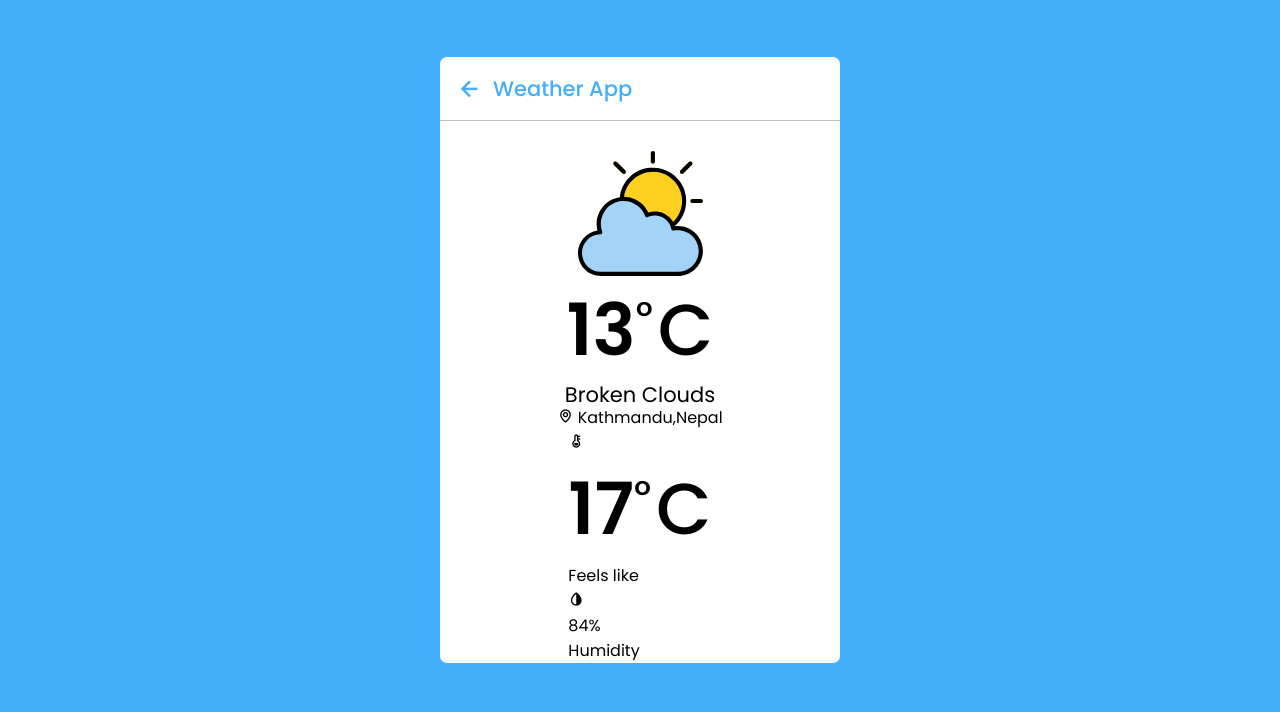
Repository: long13820/Weather-App-HTML-CSS-Javascript
Page: index.html
These files come from the project's save history. The page is drawn as it stood at one moment and after the next save; the edit follows.
The browser window is 1280 px wide. The pictures show the whole page.

Above is the page before, as saved 2021-09-02 11:28:38.

### index.html
<!DOCTYPE html>
<html lang="en">
<head>
    <meta charset="UTF-8">
    <meta http-equiv="X-UA-Compatible" content="IE=edge">
    <meta name="viewport" content="width=device-width, initial-scale=1.0">
    <title>Weather App</title>
    <link rel="stylesheet" href="style.css">

    <!--Linking Boxicon For Icon-->
    <link rel="stylesheet" href='https://unpkg.com/boxicons@2.0.9/css/boxicons.min.css' >


</head>
<body>
    <div class="wrapper">
        <header>
            <i class="bx bx-left-arrow-alt"></i>
            Weather App
        </header>
        <section class="input-part">
            <p class="info-txt pending">Please enter a valid city name</p>
            <input type="text" placeholder="Enter city name" spellcheck="false" required>
            <div class="separator"></div>
            <button>Get Device Location</button>
        </section>
        <section class="weather-part">
            <img src="/Weather Icons/cloud.svg" alt="Weather Icon">
            <div class="temp">
                <span class="numb">13</span>
                <span class="deg">°</span>C
            </div>
            <div class="weather">Broken Clouds</div>
            <div class="location">
                <i class="bx bx-map"></i>
                <span>Kathmandu,Nepal</span>
            </div>
            <div class="bottom-details">
                <div class="column feels">
                    <i class="bx bxs-thermometer"></i>
                    <div class="details">
                        <div class="temp">
                            <span class="numb">17</span>
                            <span class="deg">°</span>C
                        </div>
                        <p>Feels like</p>
                    </div>
                </div>
                <div class="column humidity">
                    <i class="bx bxs-droplet-half"></i>
                    <div class="details">
                        <span class="numb">84%</span>
                        <p>Humidity</p>
                    </div>
                </div>
            </div>
        </section>
    </div>
</body>
</html>

### style.css
/*Import Google Font - Poppins*/
@import url('https://fonts.googleapis.com/css2?family=Poppins:wght@400;500;600;700&display=swap');
*{
    margin: 0;
    padding: 0;
    box-sizing: border-box;
    font-family: 'Poppins', sans-serif;
}
body{
    display: flex;
    align-items: center;
    justify-content: center;
    min-height: 100vh;
    background: #43AFFC;
}
.wrapper{
    width: 400px;
    border-radius: 7px;
    background: white;
}
.wrapper header{
    color: #43AFFC;
    font-size: 21px;
    font-weight: 500;
    padding: 16px 15px;
    display: flex;
    align-items: center;
    border-bottom: 1px solid #bfbfbf;

}
header i{
    cursor: pointer;
    font-size: 30px;
    margin-right: 8px;
}
.wrapper .input-part{
    display: none;
    margin: 20px 25px 30px;
}
.input-part .info-txt{
    display: none;
    font-size: 17px;
    text-align: center;
    padding: 12px 7px;
    border-radius: 7px;
    margin-bottom: 15px;
}
.info-txt.error{
    display: block;
    color: #721c24;
    background: #f8d7da;
    border: 1px solid #f5c6cb;
}
.info-txt.pending{
    display: block;
    color: #0c5460;
    background: #d1ecf1;
    border: 1px solid #bee5eb;
}
.input-part :where(input, button){
    width: 100%;
    height: 55px;
    border: none;
    outline: none;
    font-size: 18px;
    border-radius: 7px;
}
.input-part input{
    text-align: center;
    border: 1px solid #bfbfbf;
}
.input-part input:is(:focus,:valid){

}
.input-part .separator{
    height: 1px;
    width: 100%;
    margin: 25px 0px;
    background: #ccc;
    display: flex;
    align-items: center;
    justify-content: center;
}
.separator::before{
    content: "or";
    background-color: white;
    font-size: 19px;
    padding: 0px 15px;
    background: #fff;
}
.input-part button{
    color: white;
    cursor: pointer;
    background: #43AFFC;
}

.wrapper .weather-part{
    margin: 30px 0 0;
    display: flex;
    align-items: center;
    justify-content: center;
    flex-direction: column;
}
.weather-part img{
    max-width: 125px;
}
.weather-part .temp{
    display: flex;
    font-size: 72px;
    font-weight: 500;
}
.weather-part .temp .numb{
    font-weight: 600;
}
.weather-part .temp .deg{
    font-size: 40px;
    margin: 10px 5px 0 0;
    display: block;
}
.weather-part .weather{
    font-size: 21px;
    text-align: center;
    margin: -5px ;
}

After the next save:
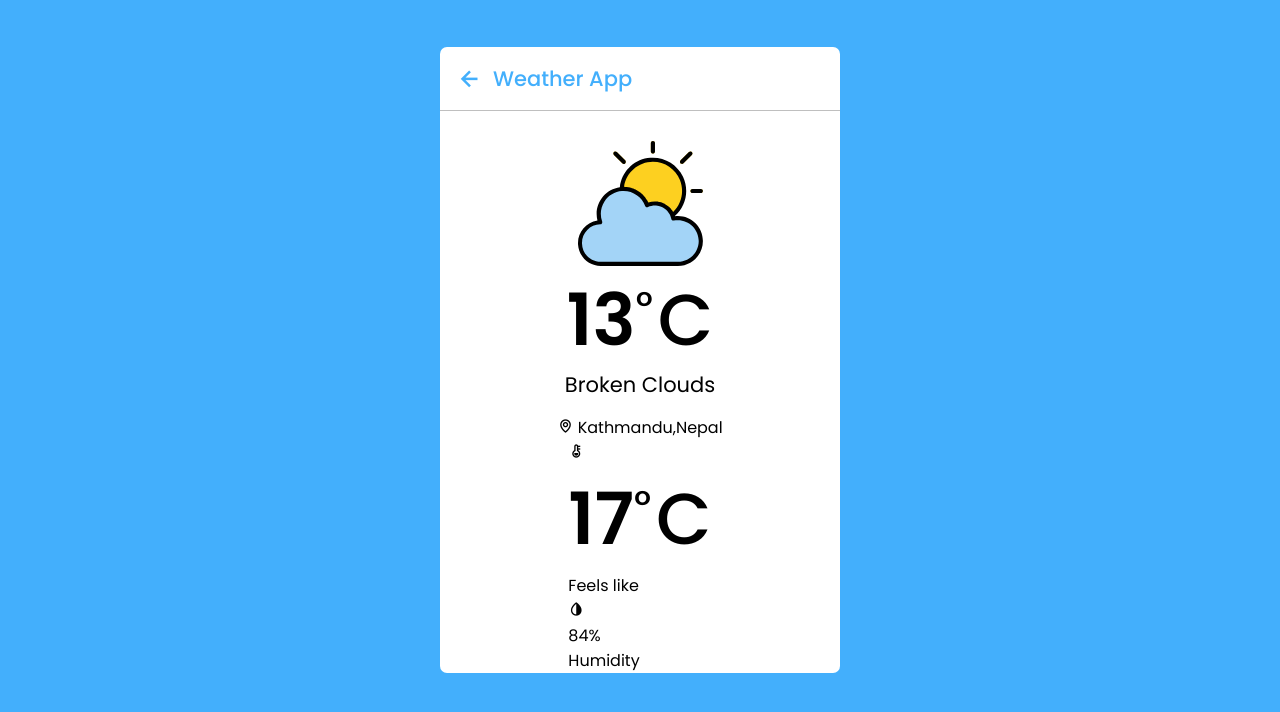
Saved 5 s later.
--- a/style.css
+++ b/style.css
@@ -120,5 +120,5 @@ header i{
 .weather-part .weather{
     font-size: 21px;
     text-align: center;
-    margin: -5px ;
+    margin: -5px 20px 15px;
 }
